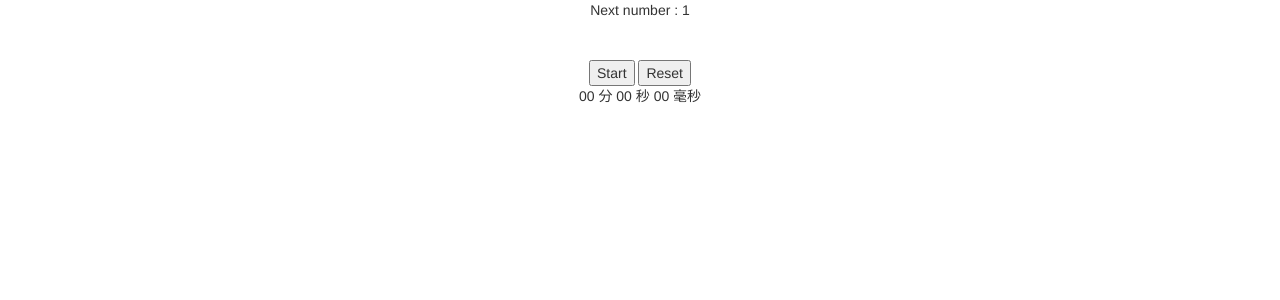
Repository: mikelily/lab
Page: oneTo25/game.2.1.html
The author's editor kept a record of every edit. The page is drawn from the files as they stood at one moment, then again after the next edit.
The browser window is 1280 px wide. The pictures show the whole page.

Above is the page before.
Console error: TypeError: Cannot set properties of null (setting 'onclick')
Not found: oneTo25/css/stopwatch.css

After the next edit:
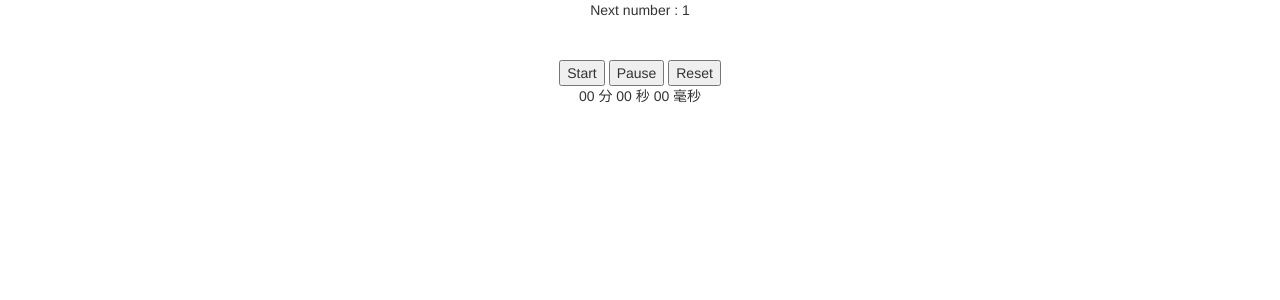
The edit:
--- a/oneTo25/game.2.1.html
+++ b/oneTo25/game.2.1.html
@@ -74,7 +74,7 @@
             <div class="stopwatch">
                 <div class="controls">
                     <button id ="startBtn" class="start">Start</button>
-                    <!--<button id ="pauseBtn" class="stop">Pause</button>-->
+                    <button id ="pauseBtn" class="stop">Pause</button>
                     <button id ="resetBtn" class="reset">Reset</button>
                 </div>
                 <div class="display">
